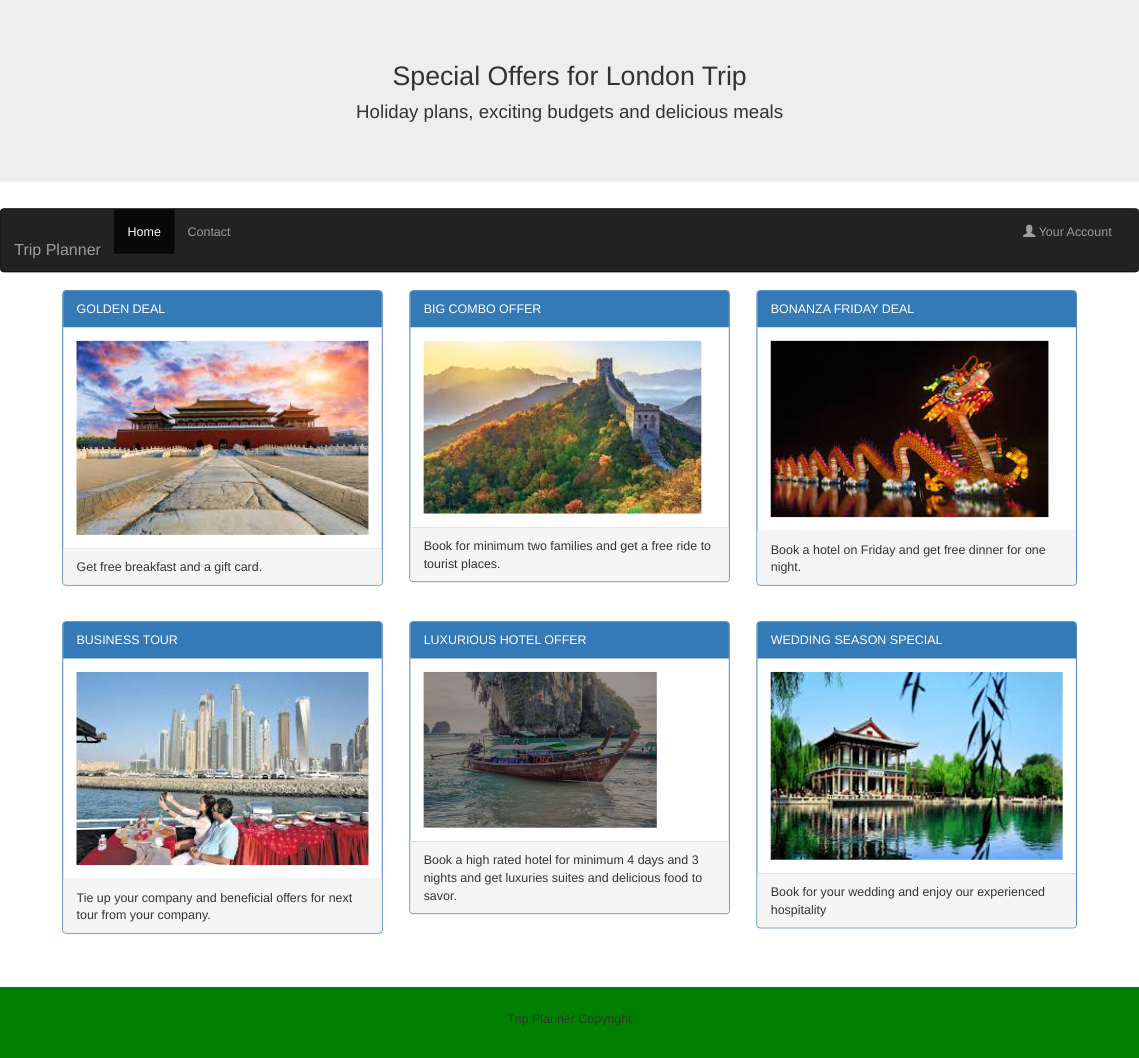
Repository: NanSin21/Mytourism-Website
Page: http://localhost/toursandtravelsmanagement/TripPlaces/CustomerChina.jsp
These files come from the project's save history. The page is drawn as it stood at one moment and after the next save; the edit follows.
The browser window is 1280 px wide. The pictures show the whole page, at 89% of full size.
The page is served by Tomcat 9. Other server files are loaded and not shown.

Above is the page before, as saved 2018-07-25 07:08:57.

### toursandtravelsmanagement/WebContent/TripPlaces/CustomerChina.jsp
<%@ page language="java" contentType="text/html; charset=ISO-8859-1"
    pageEncoding="ISO-8859-1"%>
<!DOCTYPE html PUBLIC "-//W3C//DTD HTML 4.01 Transitional//EN" "http://www.w3.org/TR/html4/loose.dtd">
<html>
<head>
<meta http-equiv="Content-Type" content="text/html; charset=ISO-8859-1">
<title>China Trip Package</title>
<!-- <meta charset="utf-8"> -->
  <meta name="viewport" content="width=device-width, initial-scale=1">
  <link rel="stylesheet" href="https://maxcdn.bootstrapcdn.com/bootstrap/3.3.7/css/bootstrap.min.css">
  <script src="https://ajax.googleapis.com/ajax/libs/jquery/3.3.1/jquery.min.js"></script>
  <script src="https://maxcdn.bootstrapcdn.com/bootstrap/3.3.7/js/bootstrap.min.js"></script>
  <style>
  .navbar{
  margin-nottom= 50px;
  border-radius= 0;
  }
  .jumbotron{
   margin-bottom= 0;
   }
   footer{
   background: green;
   padding: 25px;
   }
   </style>
</head>
<body>

<div class="jumbotron">
  <div class="container text-center">
   <h2>Special Offers for London Trip</h2>
     <p>Holiday plans, exciting budgets and delicious meals</p>
  </div>
</div>

<nav class="navbar navbar-inverse">
  <div class="container-fluid">
      <div class="navbar-header">
        <button type="button" class="navbar-toggle" data-toggle="collapse" data-target="#myNavbar">
        <span class="icon-bar"></span>
        <span class="icon-bar"></span>
        <span class="icon-bar"></span>
        </button>
        <h1><a class="navbar-brand" href="CustomerHome.jsp">Trip Planner</a></h1>
      </div>
      <div class="collapse navbar-collapse" id="myNavbar">
      <ul class="nav navbar-nav">
        <li class="active"><a href="TripPlaces/CustomerLondon.jsp">Home</a></li>
       <!--  <li><a href="registration.jsp">Register</a></li>
        <li><a href="login.jsp">Login</a></li> -->
        <li><a href="contact.jsp">Contact</a></li>
      </ul>
      <ul class="nav navbar-nav navbar-right">
        <li><a href="profile.jsp"><span class="glyphicon glyphicon-user"></span> Your Account</a></li>
       <!--  <li><a href="budget.html">Budget Details</a></li> -->
      <!--   <li><a href="#"><span class="glyphicon glyphicon-shopping-cart"></span> Cart</a></li> -->
      </ul>
    </div>
  </div>
</nav>


   <div class="container">
  <div class="row">
    <div class="col-sm-4">
      <div class="panel panel-primary">
        <div class="panel-heading">GOLDEN DEAL</div>
        <div class="panel-body"><img src="images/download.jpeg" class="img-responsive" style="width:100%" alt="Image"></div>
        <div class="panel-footer">Get free breakfast and a gift card.</div>
      </div>
    </div>
    <div class="col-sm-4">
      <div class="panel panel-primary">
        <div class="panel-heading">BIG COMBO OFFER</div>
        <div class="panel-body"><img src="images/download (1).jpeg" class="img-responsive" style="width:95%" alt="Image"></div>
        <div class="panel-footer">Book for minimum two families and get a free ride to tourist places.</div>
      </div>
    </div>
    <div class="col-sm-4">
      <div class="panel panel-primary">
        <div class="panel-heading">BONANZA FRIDAY DEAL</div>
        <div class="panel-body"><img src="images/download (2).jpeg" class="img-responsive" style="width:95%" alt="Image"></div>
        <div class="panel-footer">Book a hotel on Friday and get free dinner for one night.</div>
      </div>
    </div>
  </div>
</div><br>

<div class="container">
  <div class="row">
    <div class="col-sm-4">
      <div class="panel panel-primary">
        <div class="panel-heading">BUSINESS TOUR</div>
        <div class="panel-body"><img src="images/restaurant.jpeg" class="img-responsive" style="width:100%" alt="Image"></div>
        <div class="panel-footer">Tie up your company and beneficial offers for next tour from your company.</div>
      </div>
    </div>
    <div class="col-sm-4">
      <div class="panel panel-primary">
        <div class="panel-heading">LUXURIOUS HOTEL OFFER</div>
        <div class="panel-body"><img src="images/2.jpg" class="img-responsive" style="width:80%" alt="Image"></div>
        <div class="panel-footer">Book a high rated hotel for minimum 4 days and 3 nights and get luxuries suites and delicious food to savor.</div>
      </div>
    </div>
    <div class="col-sm-4">
      <div class="panel panel-primary">
        <div class="panel-heading">WEDDING SEASON SPECIAL</div>
        <div class="panel-body"><img src="images/resort.jpeg" class="img-responsive" style="width:100%" alt="Image"></div>
        <div class="panel-footer">Book for your wedding and enjoy our experienced hospitality</div>
      </div>
    </div>
  </div>
</div><br><br>

<footer class="container-fluid text-center">
  <p>Trip Planner Copyright</p>
 <!--  <form action="LoginServlet" method="post" class="form-inline">Get deals:
    <input type="email" class="form-control" size="50" name="email" placeholder="Email Address">
     <input type="password" placeholder="Enter Password" name="password" required>
    <button type="submit" class="btn btn-danger">Sign Up</button>
  </form> -->
</footer>
</body>
</html>

After the next save:
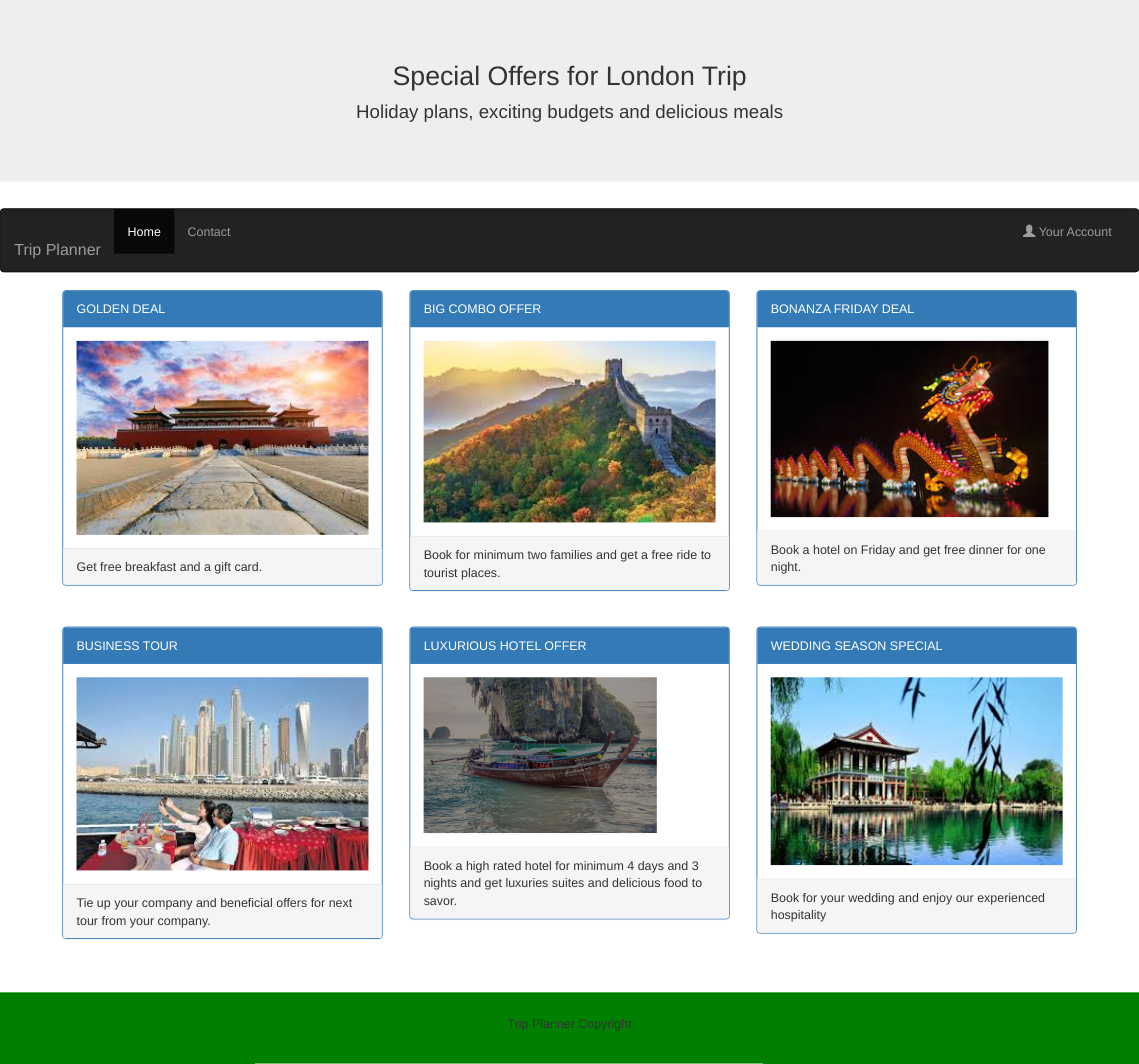
Saved 35 s later.
--- a/toursandtravelsmanagement/WebContent/TripPlaces/CustomerChina.jsp
+++ b/toursandtravelsmanagement/WebContent/TripPlaces/CustomerChina.jsp
@@ -72,7 +72,7 @@
     <div class="col-sm-4">
       <div class="panel panel-primary">
         <div class="panel-heading">BIG COMBO OFFER</div>
-        <div class="panel-body"><img src="images/download (1).jpeg" class="img-responsive" style="width:95%" alt="Image"></div>
+        <div class="panel-body"><img src="images/download (1).jpeg" class="img-responsive" style="width:100%" alt="Image"></div>
         <div class="panel-footer">Book for minimum two families and get a free ride to tourist places.</div>
       </div>
     </div>
